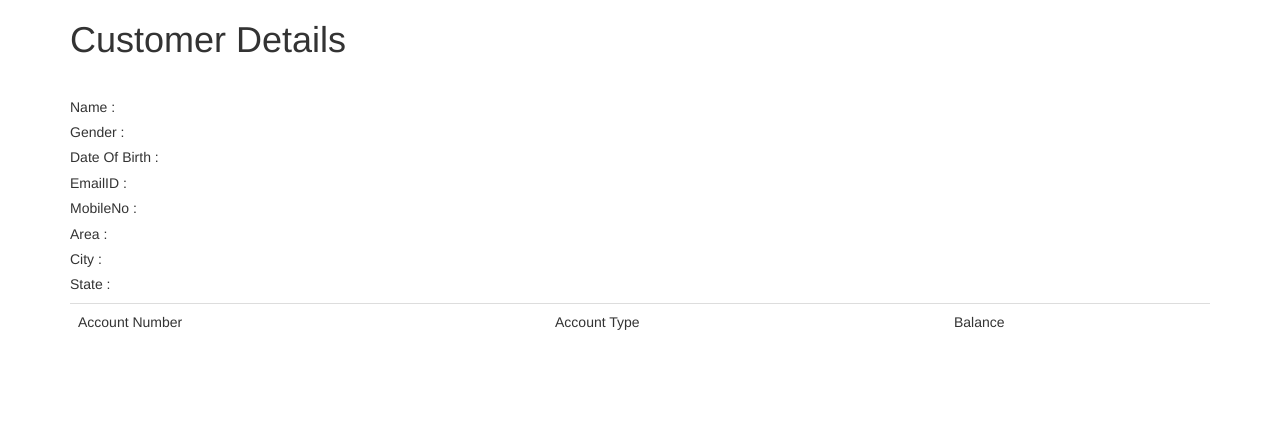
Repository: Shubham-Gawade/SpringHibernateTraining
Page: http://localhost/xorbankonline/WEB-INF/pages/customerdetails.jsp
An editor plug-in stored every save of this project. The page is shown before and after the next save, followed by the edit.
The browser window is 1280 px wide. The pictures show the whole page.
The page is served by Tomcat 9. Nobody is signed in. Other server files are loaded and not shown. The template is opened directly, without the code that normally fills it, so the values that code supplies are empty.

Above is the page before, as saved 2021-10-05 07:02:59.

### xorbankonline/src/main/webapp/WEB-INF/pages/customerdetails.jsp
<%@ page language="java" contentType="text/html; charset=ISO-8859-1"
	pageEncoding="ISO-8859-1"%>
<%@taglib uri="http://java.sun.com/jsp/jstl/core" prefix="c"%>
<!DOCTYPE html>
<html>
<head>
<meta charset="ISO-8859-1">
<title>Insert title here</title>
<link rel="stylesheet" href="https://maxcdn.bootstrapcdn.com/bootstrap/3.3.7/css/bootstrap.min.css">
</head>
<body class="container">
	<h1>Customer Details</h1>
	<br>
	<h5>Name : ${customer.getPersonName()}</h5>
	<h5>Gender : ${customer.getGender()}</h5>
	<h5>Date Of Birth : ${customer.getDateOfBirth()}</h5>
	<h5>EmailID : ${customer.getEmailId()}</h5>
	<h5>MobileNo : ${customer.getMobileNo()}</h5>
	<h5>Area : ${customer.getAddress().getArea()}</h5>
	<h5>City : ${customer.getAddress().getCity()}</h5>
	<h5>State : ${customer.getAddress().getState()}</h5>
	<table class="table">
		<tr>
			<td>Account Number</td>
			<td>Account Type</td>
			<td>Balance</td>
		</tr>
		<c:forEach items="${customer.accounts}" var="account">
			<tr>
				<td>${account.getAccountNumber()}</td>
				<td>${account.getBalance()}</td>
				<td>${account.getAccountType()}</td>
			</tr>
		</c:forEach>
	</table>
</body>


</html>

After the next save:
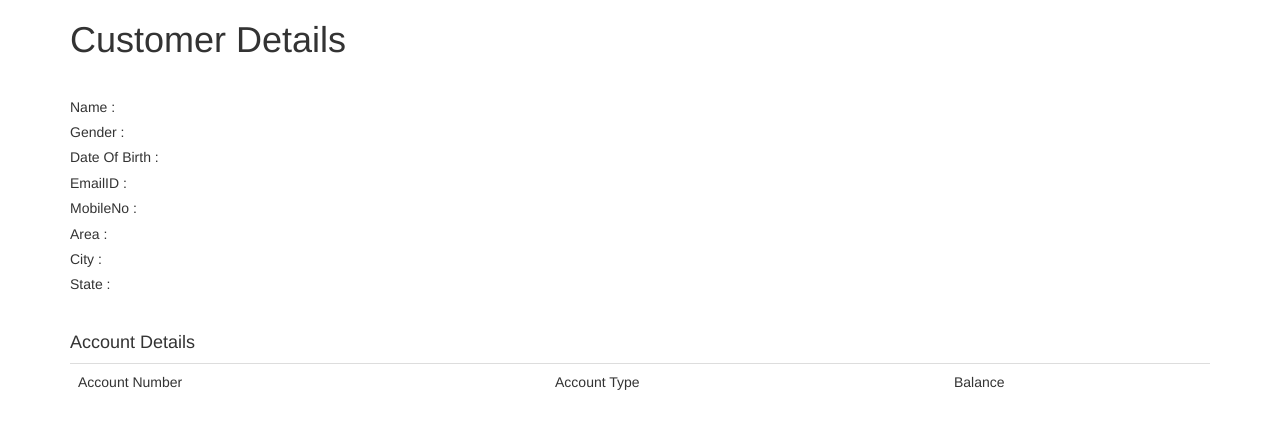
Saved 2 min 6 s later.
--- a/xorbankonline/src/main/webapp/WEB-INF/pages/customerdetails.jsp
+++ b/xorbankonline/src/main/webapp/WEB-INF/pages/customerdetails.jsp
@@ -19,6 +19,9 @@
 	<h5>Area : ${customer.getAddress().getArea()}</h5>
 	<h5>City : ${customer.getAddress().getCity()}</h5>
 	<h5>State : ${customer.getAddress().getState()}</h5>
+
+	<br>
+	<h4>Account Details</h4>
 	<table class="table">
 		<tr>
 			<td>Account Number</td>
